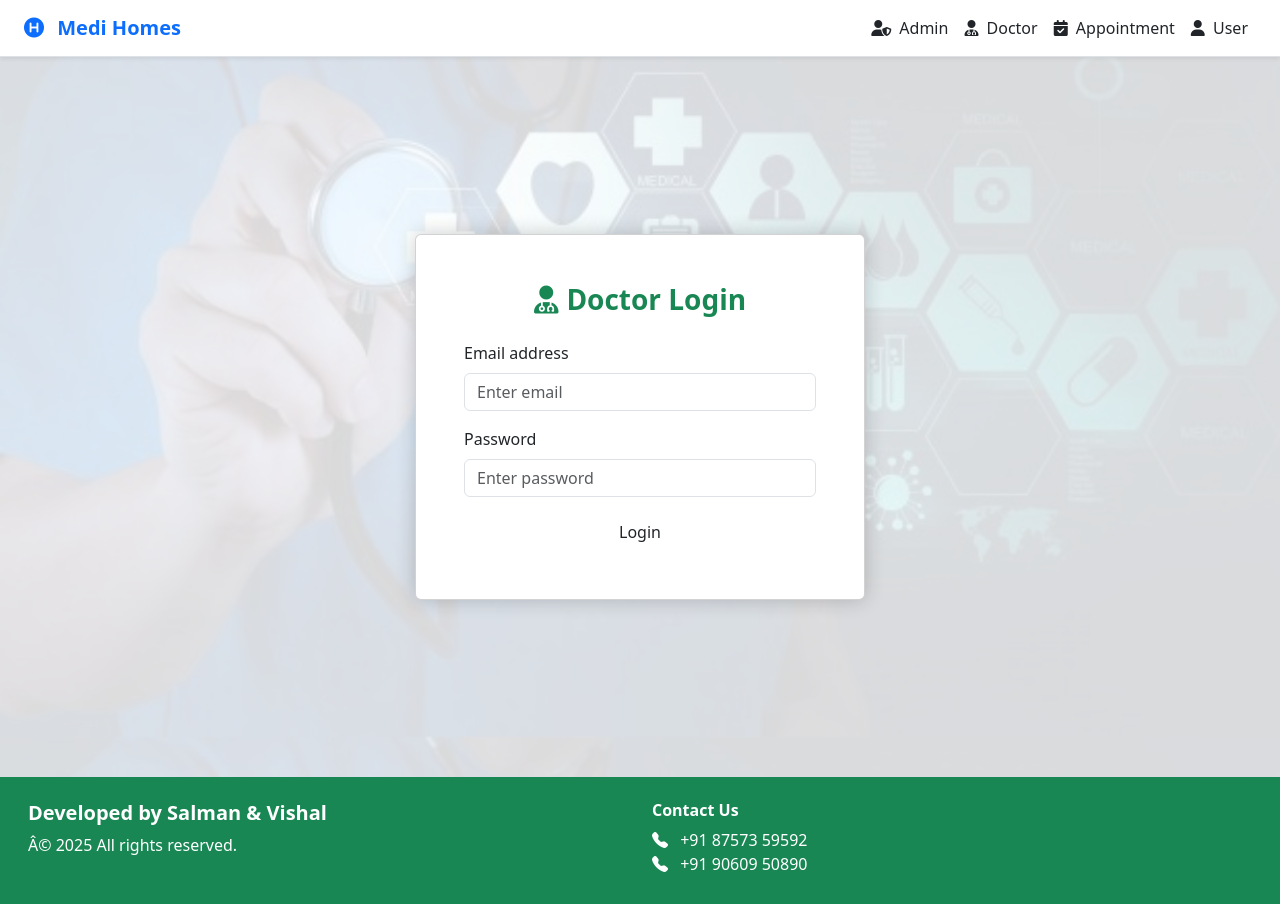
Repository: vishal-java-dev/Hospital_Management_System
Page: http://localhost/Hospital_Management_System/doctor_login.jsp
An editor plug-in stored every save of this project. The page is shown before and after the next save, followed by the edit.
The browser window is 1280 px wide. The pictures show the whole page.
Backgrounds fixed to the window are drawn as part of the page. The page is served by Tomcat 10.

Above is the page before, as saved 2025-07-02 01:33:11.

After the next save:
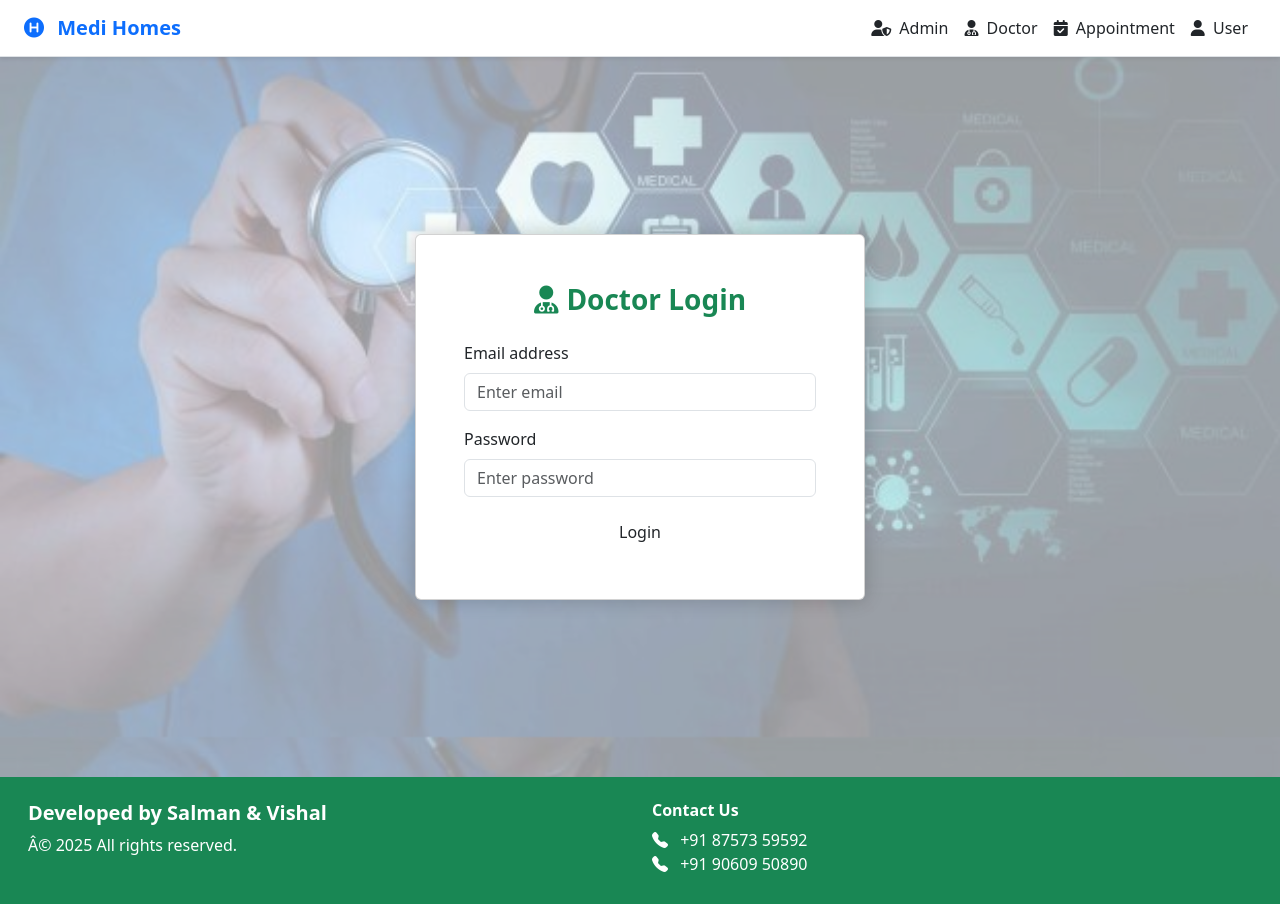
Saved 77 s later.
--- a/Hospital_Management_System/src/main/webapp/doctor_login.jsp
+++ b/Hospital_Management_System/src/main/webapp/doctor_login.jsp
@@ -19,7 +19,7 @@
     }
 
     .overlay {
-      background-color: rgba(255, 255, 255, 0.85);
+      background-color: rgba(255, 255, 255, 0.6);
       min-height: 100vh;
       display: flex;
       align-items: center;
